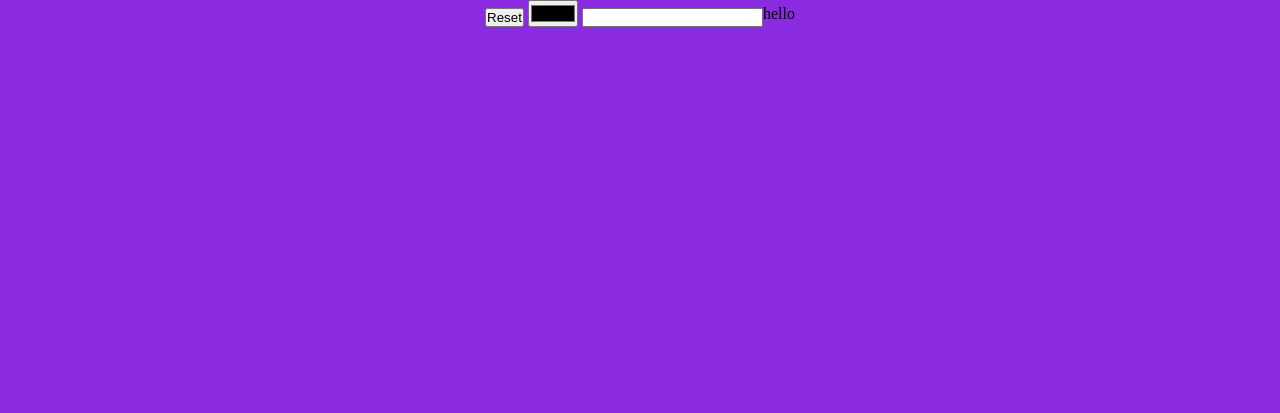
Repository: Larrowo/Challenges
Page: Pixel-Art/index.html
The author's editor kept a copy of each file at every save. The page is drawn from the files as they stood at one save, then again after the next save.
The browser window is 1280 px wide. The pictures show the whole page.

Above is the page before, as saved 2022-04-20 12:09:19.

After the next save:
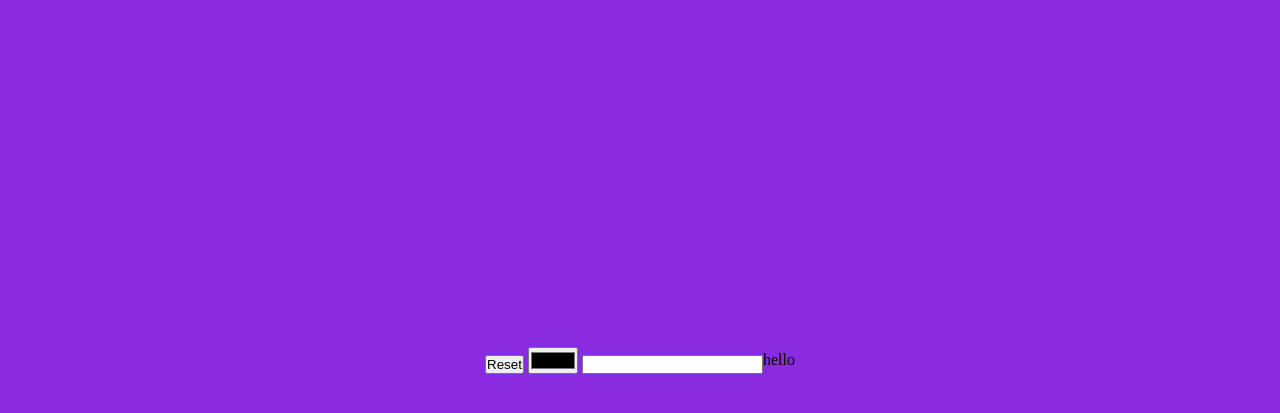
Saved 25 s later.
--- a/Pixel-Art/style.css
+++ b/Pixel-Art/style.css
@@ -1,6 +1,10 @@
 *{
     margin: 0;
     padding: 0;
+}
+
+html, body{
+    height: 100%;
 }
 
 body{
